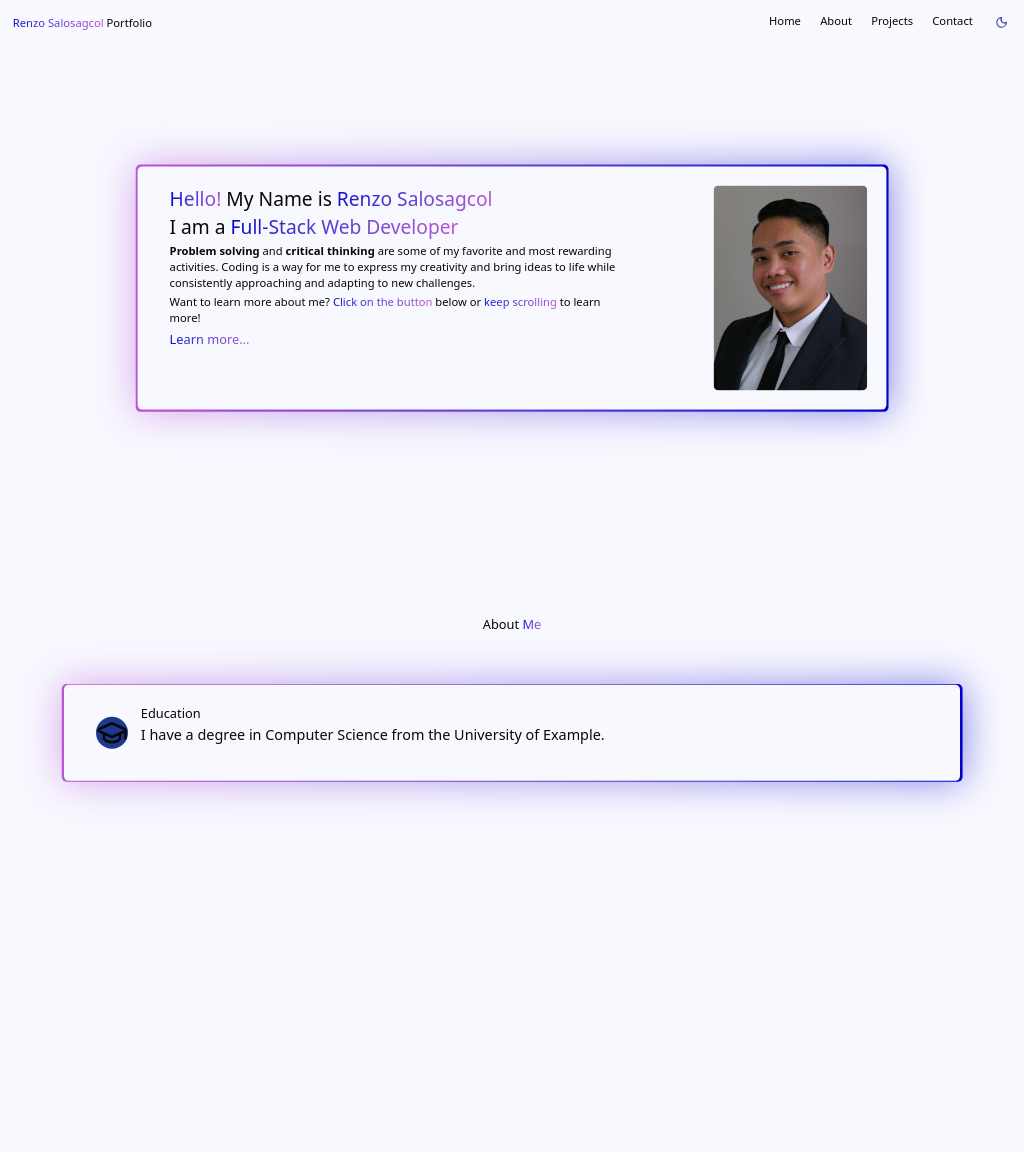
Repository: Renzo-Salosagcol/Updated_Personal_Portfolio
Page: /
The author's editor kept a copy of each file at every save. The page is drawn from the files as they stood at one save, then again after the next save.
The browser window is 1280 px wide. The pictures show the whole page, at 80% of full size.
The project was rebuilt for these pictures with package versions that can differ from the ones it lists, and the page was loaded fresh each time. Also part of the build but not shown: vite.config.js, src/pages/NotFound.jsx.

Above is the page before, as saved 2025-10-10 12:43:26.

### index.html
<!doctype html>
<html lang="en">
  <head>
    <meta charset="UTF-8" />
    <link rel="icon" type="image/svg+xml" href="/vite.svg" />
    <meta name="viewport" content="width=device-width, initial-scale=1.0" />
    <title>updated-personal-portfolio</title>
  </head>
  <body>
    <div id="root"></div>
    <script type="module" src="/src/main.jsx"></script>
  </body>
</html>

### src/index.css
@import "tailwindcss";

@theme {
  --color-background: var(--background);
  --color-foreground: var(--foreground);

  --color-primary: var(--primary);
  --color-secondary: var(--secondary);

  --animate-fade-in: fade-in 1s ease-in forwards;
}

@layer base {
  /* Light Theme */
  :root {
    --background: #f8f8ff; /* Ghost White */
    --foreground: #080808; /* Vampire Black */

    --primary: #0000cd; /* Medium Blue */
    --secondary: #ba55d3; /* Medium Orchid */
  }

  /* Dark Theme */
  .dark {
    --background: #080808; /* Vampire Black */
    --foreground: #f8f8ff; /* Ghost White */

    --primary: #ff0800; /* Candy Apple Red */
    --secondary: #fefc22; /* Laser Lemon */
  }

  html {
    @apply scroll-smooth;
  }

  body {
    @apply bg-background text-foreground transition-colors duration-300;
  }
}

@property --gradient-angle {
  syntax: "<angle>";
  initial-value: 0deg;
  inherits: false;
}

@keyframes spin {
  from {
    --gradient-angle: 0deg;
  }
  to {
    --gradient-angle: 360deg;
  }
}

@keyframes fade-in {
  0% {
    opacity: 0;
    transform: translateY(20px);
  }
  100% {
    opacity: 1;
    transform: translateY(0);
  }
}

@utility container {
  margin-inline: auto;
  padding-inline: 1rem;
}

@utility after-gradient-border {
  @apply absolute h-[101.5%] w-[100.5%] top-1/2 left-1/2 -translate-x-1/2 -translate-y-1/2 rounded-md -z-10 bg-gradient-to-l from-primary to-secondary;
  content: '';
  /* animation: 3s spin linear infinite; */
}

@utility before-gradient-border {
  @apply after-gradient-border;
  filter: blur(1.5rem);
  opacity: 0.5;
}

@utility gradient-text {
  @apply text-transparent bg-clip-text bg-gradient-to-r from-primary to-secondary transition-colors duration-300;
}

@utility gradient-button {
  @apply after:after-gradient-border after:w-[103%] before:before-gradient-border gradient-text z-0;
}

@utility gradient-button-inner {
  @apply flex h-full w-full items-center justify-center rounded-full bg-background gradient-text z-10
}

@utility gradient-border {
  @apply relative after:after-gradient-border before:before-gradient-border z-0 bg-background
}

@utility glassmorphism {
  @apply bg-background/30 backdrop-blur-lg
}

### src/App.jsx
import { BrowserRouter, Routes, Route } from "react-router-dom"
import { Home } from "./pages/Home"
import { NotFound } from "./pages/NotFound"

function App() {
  return (
    <BrowserRouter>
      <Routes>
        <Route path="/" element={<Home />} />
        <Route path="*" element={<NotFound />} />
      </Routes>
    </BrowserRouter>
  )
}

export default App

### src/pages/Home.jsx
import { Background } from "../components/Background"
import { Navbar } from "../components/Navbar"
import { Hero } from "../components/Hero"
import { About } from "../components/About"

export const Home = () => {
  return (
    <div id="home" className="w-full h-screen">
      {/* Background */}
      <Background />


      {/* Navbar */}
      <Navbar />

      {/* Main */}
      <Hero />
      <About />

      {/* Footer */}
    </div>
  )
}

### src/components/Background.jsx


export const Background = () => {
  return (
    <div className="fixed inset-0 overflow-hidden pointer-events-none -z-40 bg-background w-screen h-screen">
    </div>
  )
}

### src/components/Navbar.jsx
import { ThemeToggle } from './ThemeToggle'

const items = [
  { name: 'Home', href: '#home' },
  { name: 'About', href: '#about' },
  { name: 'Projects', href: '#projects' },
  { name: 'Contact', href: '#contact' },
]

export const Navbar = () => {
  return (
    <nav className="fixed top-0 left-0 w-full p-2 flex items-center justify-between glassmorphism z-40 text-sm md:text-md text-foreground">
      <a href="#home" className="p-2"><span className="gradient-text">Renzo Salosagcol</span> Portfolio</a>
      <ul className="flex gap-6 p-2">
        {items.map(item => (
          <li key={item.name}
            className="hover:gradient-text transition-all duration-300 relative">
            <a href={item.href}>{item.name}</a>
          </li>
        ))}
        <li><ThemeToggle /></li>
      </ul>
    </nav>
  )
}

### src/components/Hero.jsx
import GradientButton from "./GradientButton";

export const Hero = () => {
  return (
    <main className="relative min-h-screen flex items-center justify-center max-w-10/12 rounded-md container z-0">
      <div className="z-0 relative gradient-border opacity-0 animate-fade-in">
        <div className="w-full h-full relative container flex flex-cols md:flex-rows justify-between gap-6 rounded-md p-6 bg-background">
          <div className="container flex flex-col gap-1">
            <h1 className="text-lg md:text-xl lg:text-2xl">
              <span className="gradient-text">Hello! </span>
              My Name is
              <span className="gradient-text"> Renzo Salosagcol</span>
            </h1>
            <h1 className="text-lg md:text-xl lg:text-2xl">I am a <span className="gradient-text">Full-Stack Web Developer</span></h1>
            <h3 className="w-md md:w-lg lg:w-xl text-sm">
              <span className="font-bold">Problem solving</span> and
              <span className="font-bold"> critical thinking </span>
              are some of my favorite and most rewarding activities. Coding is a way for me to express my creativity and bring ideas to life while consistently approaching and adapting to new challenges.
            </h3>
            <h3 className="w-md md:w-lg lg:w-xl text-sm">Want to learn more about me?
              <span className="gradient-text"> Click on the button</span> below or
              <span className="gradient-text"> keep scrolling</span> to learn more!
            </h3>
            <a
              href="#about"
              className="relative"
            >
              <GradientButton content="Learn more..." />
            </a>
          </div>
          <div>
            <img
            src="../../headshot.jpeg"
            alt="Headshot Photo"
            className="rounded-md w-64 h-64 object-cover"
            />
          </div>
      </div>
      </div>
    </main>
  )
}

### src/components/About.jsx
import { GraduationCap } from "lucide-react"

const experiences = [
  {
    name: "Education",
    icon: GraduationCap,
    description: "I have a degree in Computer Science from the University of Example.",
    link: "https://example.com/education"
  }
]

export const About = () => {
  return (
    <section id="about" className="relative min-h-screen py-12">
      <div className="flex items-center justify-center mb-12">
        <h1 >About <span className="gradient-text">Me</span></h1>
      </div>
      <div className=" mx-auto max-w-6xl rounded-lg p-4 grid-cols-1 gap-6">
        {experiences.map((experience, index) => (
          <div className="z-0 relative gradient-border">
            <div className="w-full h-full relative container flex flex-cols md:flex-rows rounded-md p-6 bg-background after:w-full after:h-full after:rounded-md after:absolute after:top-0 after:left-0 after:-z-10 after:opacity-20 after:blur-lg">
              <div className="p-4">
                <experience.icon className="w-10 h-10 rounded-full bg-blue-900" />
              </div>
              <div>
                <h2>{experience.name}</h2>
                <p className="text-sm md:text-md lg:text-lg">
                  {experience.description}
                </p>
                <a
                  href={experience.link}
                  target="_blank"
                  rel="noopener noreferrer"
                  className="text-blue-500 hover:underline"
                >
                </a>
              </div>
            </div>
          </div>
        ))}
      </div>
    </section>
  )
}

### src/components/ThemeToggle.jsx
import { useState, useEffect } from "react"
import { Sun, Moon } from "lucide-react"

export const ThemeToggle = () => {
  const [isDark, setIsDark] = useState(false)

  useEffect(() => {
    const theme = localStorage.getItem("theme")
    if (theme) {
      setIsDark(theme === "dark")
      document.documentElement.classList.toggle("dark", theme === "dark")
    }
  }, [])

  const toggleTheme = () => {
    setIsDark(!isDark)
    document.documentElement.classList.toggle("dark", !isDark)
    localStorage.setItem("theme", !isDark ? "dark" : "light")
  }

  return (
    <button
      onClick={toggleTheme}
      className="max-sm:hidden p-1 z-50 rounded-full transition-color duration-300 focus:outline-hidden hover:cursor-pointer"
    >
      {isDark ? (
        <Sun className="h-4 w-4 text-yellow-300" />
      ) : (
        <Moon className="h-4 w-4 text-blue-900" />
      )}
    </button>

  )
}

### src/components/GradientButton.jsx
import React from "react";
import { props } from "react";

function GradientButton(props) {
  return (
    <button className="gradient-button">
        {props.content}
    </button>
  )
}

export default GradientButton;

Loaded but not shown: src/main.jsx (common file)

After the next save:
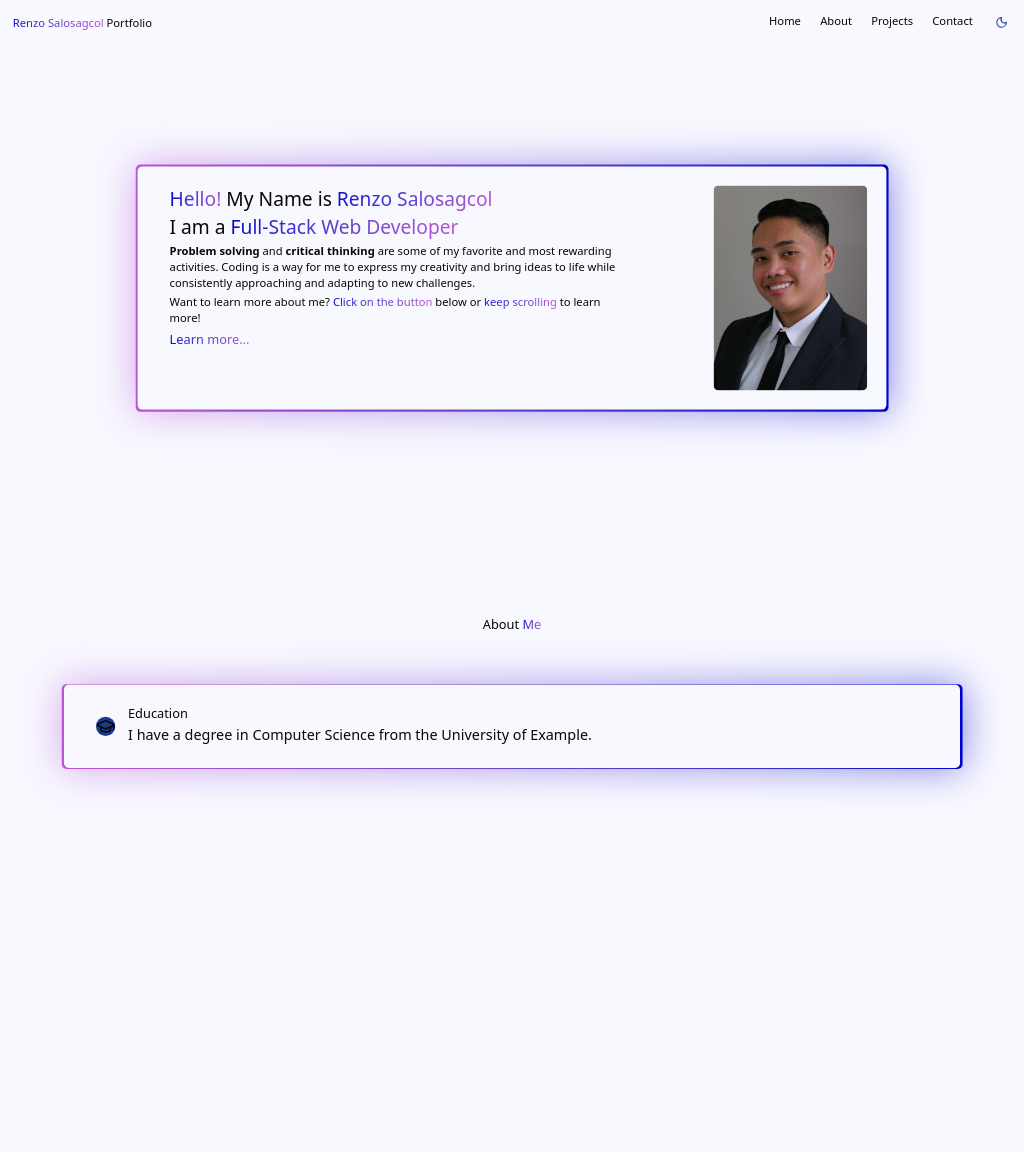
Saved 17 s later.
--- a/src/components/About.jsx
+++ b/src/components/About.jsx
@@ -20,7 +20,7 @@ export const About = () => {
           <div className="z-0 relative gradient-border">
             <div className="w-full h-full relative container flex flex-cols md:flex-rows rounded-md p-6 bg-background after:w-full after:h-full after:rounded-md after:absolute after:top-0 after:left-0 after:-z-10 after:opacity-20 after:blur-lg">
               <div className="p-4">
-                <experience.icon className="w-10 h-10 rounded-full bg-blue-900" />
+                <experience.icon className="w-full h-full rounded-full bg-blue-900" />
               </div>
               <div>
                 <h2>{experience.name}</h2>
